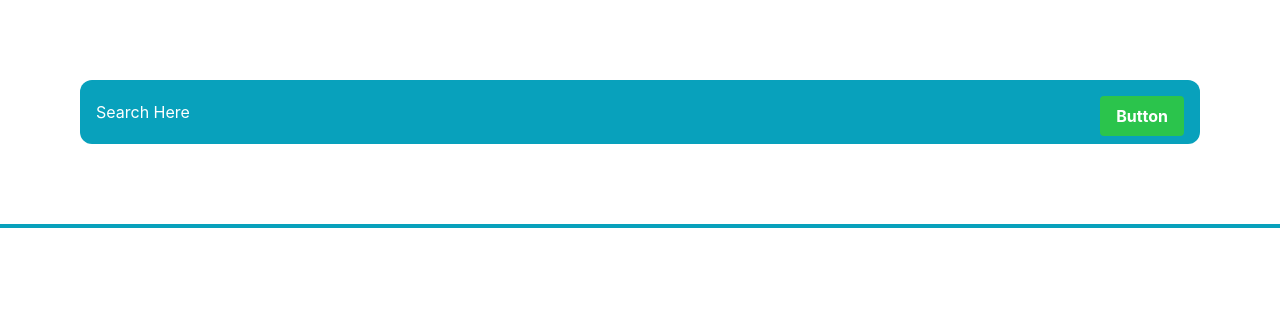
Repository: arafatmollah/pharma
Page: /
The author's editor kept a copy of each file at every save. The page is drawn from the files as they stood at one save, then again after a run of saves.
The browser window is 1280 px wide. The pictures show the whole page.
The project was rebuilt for these pictures with package versions that can differ from the ones it lists, and the page was loaded fresh each time.

Above is the page before, as saved 2023-03-12 01:11:07.

### src/App.js

import './App.css';
import Nav from './Nav';

function App() {
  return (
    <div className="App">
      <Nav></Nav>
    </div>
  );
}

export default App;

### src/App.css
.box-border{
    background-color: #08A1BC;
}
.btn {
    @apply font-bold py-2 px-4 rounded;
    background-color: #2BC44C;
    color: white;
  }
  .btn-blue {
    @apply bg-blue-500 text-white;
  }
  .btn-blue:hover {
    @apply bg-blue-700;
  }

### src/Nav.js
import React from 'react'
import './App.css';

function Nav() {
  return (
    <div>
        <div className='box-border h-16 w-100 p-4 m-20 rounded-xl'>
          <div className='flex justify-between align-middle'>
                <p className='text-white mt-1'>Search Here</p>
                <button class="btn mb-1"> Button</button>
          </div>
        </div>
        <div className='box-border h-1'>

        </div>
    </div>
  )
}

export default Nav

Loaded but not shown: public/index.html (common file); src/index.js (common file); src/index.css (common file); src/reportWebVitals.js (common file); tailwind.config.js (common file)

After the next 2 saves:
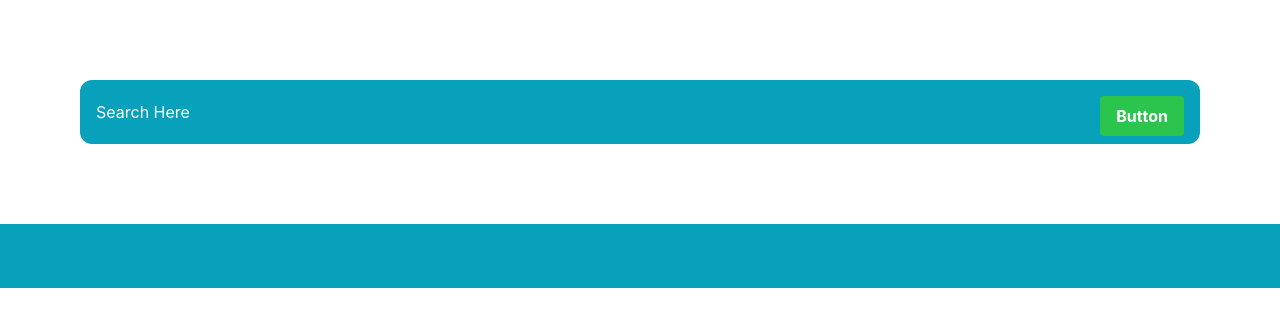
The 2 saves are shown as one change because they came seconds apart.
The last was saved 6 s later.
--- a/src/Nav.js
+++ b/src/Nav.js
@@ -10,7 +10,7 @@ function Nav() {
                 <button class="btn mb-1"> Button</button>
           </div>
         </div>
-        <div className='box-border h-1'>
+        <div className='box-border h-16 w-100'>
 
         </div>
     </div>
